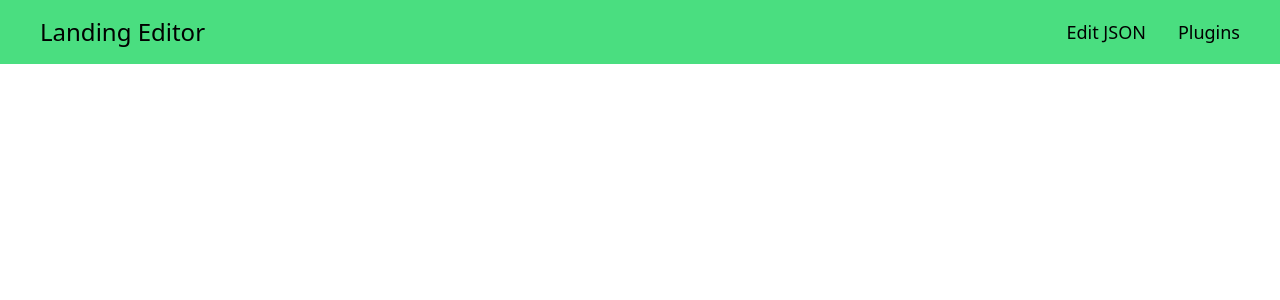
Repository: ShumilovMikhail/plugins-app
Page: / (app in app/frontend/)
The author's editor kept a copy of each file at every save. The page is drawn from the files as they stood at one save, then again after the next save.
The browser window is 1280 px wide. The pictures show the whole page.
The project was rebuilt for these pictures with package versions that can differ from the ones it lists, and the page was loaded fresh each time. Also part of the build but not shown: app/frontend/angular.json.

Above is the page before, as saved 2024-05-13 07:29:23.

After the next save:
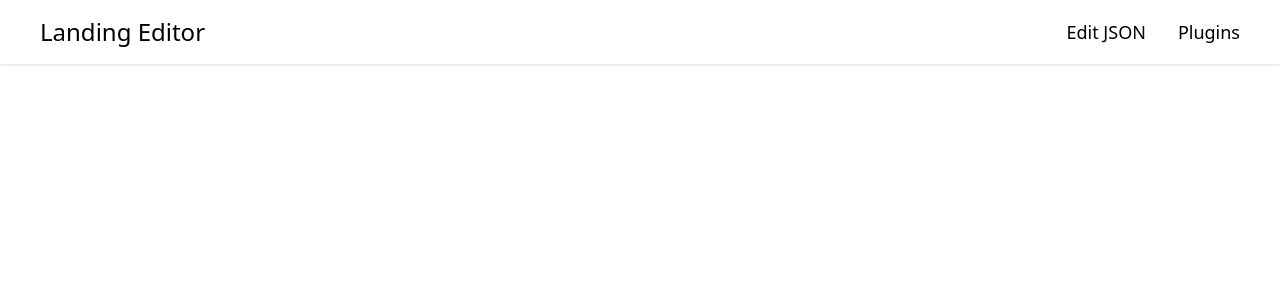
Saved 20 s later.
--- a/app/frontend/src/app/layout/header/header.component.html
+++ b/app/frontend/src/app/layout/header/header.component.html
@@ -1,4 +1,4 @@
-<div class="h-16 px-10 w-full bg-green-400 flex items-center justify-between">
+<div class="h-16 px-10 w-full shadow flex items-center justify-between">
   <span class="text-2xl flex-1">{{headerService.pageName()}}</span>
   <div class="flex gap-8">
     <a class="text-lg" routerLink="/editor/json">Edit JSON</a>
